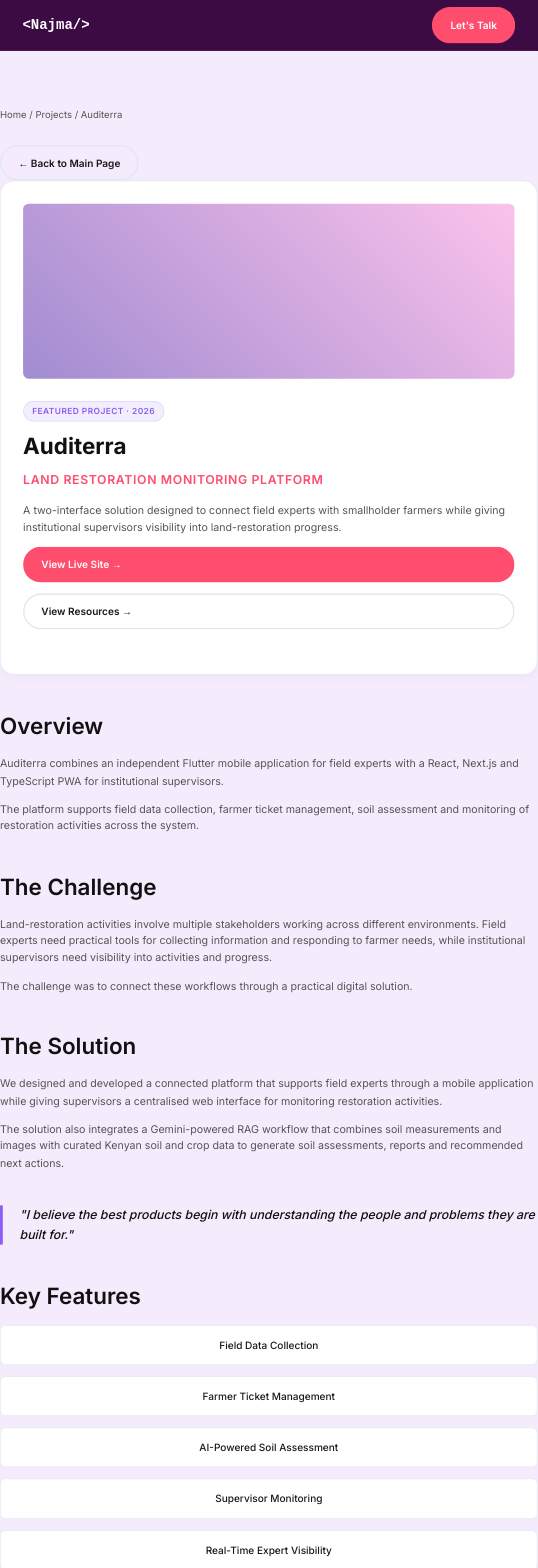
Repository: najmahares/portfolio
Page: project.html
The author's editor kept a copy of each file at every save. The page is drawn from the files as they stood at one save, then again after the next save.
The browser window is 768 px wide. The pictures show the part of the page from y = 0 to 2240 px (the page is 3435 px tall before and 3442 px after), at 70% of full size.

Above is the page before, as saved 2026-09-19 06:04:44.

### project.html
<!doctype html>
<html lang="en">
  <head>
    <meta charset="UTF-8" />
    <meta name="viewport" content="width=device-width, initial-scale=1.0" />
    <title>Auditerra | Najma Hares</title>
    <link rel="preconnect" href="https://fonts.googleapis.com" />
    <link rel="preconnect" href="https://fonts.gstatic.com" crossorigin />
    <link
      href="https://fonts.googleapis.com/css2?family=Inter:wght@300;400;500;600;700&display=swap"
      rel="stylesheet"
    />
    <link rel="stylesheet" href="css/style.css" />
  </head>
  <body>
    <!-- Navbar -->
    <nav class="navbar">
      <div class="container nav-container">
        <a href="index.html" class="logo">&lt;Najma/&gt;</a>
        <div class="nav-links">
          <a href="index.html">Home</a>
          <a href="index.html#about">About</a>
          <a href="index.html#skills">Skills</a>
          <a href="index.html#projects" class="active">Projects</a>
          <a href="index.html#contact">Contact</a>
        </div>
        <a href="mailto:haresnajma@gmail.com" class="btn btn-primary magnetic"
          >Let's Talk</a
        >
      </div>
    </nav>

    <main class="container section">
      <!-- Breadcrumbs & Back Button -->
      <div class="breadcrumbs reveal">
        <a href="index.html">Home</a> /
        <a href="index.html#projects">Projects</a> / <span>Auditerra</span>
      </div>
      <a href="index.html" class="btn btn-outline back-btn reveal"
        >← Back to Main Page</a
      >

      <!-- Project Header -->
      <div class="project-header card reveal">
        <div class="project-header-content">
          <span class="badge">FEATURED PROJECT · 2026</span>
          <h1>Auditerra</h1>
          <p class="project-subtitle">Land Restoration Monitoring Platform</p>
          <p>
            A two-interface solution designed to connect field experts with
            smallholder farmers while giving institutional supervisors
            visibility into land-restoration progress.
          </p>
          <div class="hero-buttons">
            <a href="#" class="btn btn-primary magnetic">View Live Site →</a>
            <a href="#" class="btn btn-outline magnetic">View Resources →</a>
          </div>
        </div>
        <div class="project-header-img placeholder-1 tilt-card"></div>
      </div>

      <!-- Project Body -->
      <div class="project-layout">
        <!-- Left Column: Main Content -->
        <div class="project-main">
          <section class="project-section reveal">
            <h2>Overview</h2>
            <p>
              Auditerra combines an independent Flutter mobile application for
              field experts with a React, Next.js and TypeScript PWA for
              institutional supervisors.
            </p>
            <p>
              The platform supports field data collection, farmer ticket
              management, soil assessment and monitoring of restoration
              activities across the system.
            </p>
          </section>

          <section class="project-section reveal">
            <h2>The Challenge</h2>
            <p>
              Land-restoration activities involve multiple stakeholders working
              across different environments. Field experts need practical tools
              for collecting information and responding to farmer needs, while
              institutional supervisors need visibility into activities and
              progress.
            </p>
            <p>
              The challenge was to connect these workflows through a practical
              digital solution.
            </p>
          </section>

          <section class="project-section reveal">
            <h2>The Solution</h2>
            <p>
              We designed and developed a connected platform that supports field
              experts through a mobile application while giving supervisors a
              centralised web interface for monitoring restoration activities.
            </p>
            <p>
              The solution also integrates a Gemini-powered RAG workflow that
              combines soil measurements and images with curated Kenyan soil and
              crop data to generate soil assessments, reports and recommended
              next actions.
            </p>
          </section>

          <blockquote class="quote reveal">
            "I believe the best products begin with understanding the people and
            problems they are built for."
          </blockquote>

          <section class="project-section reveal">
            <h2>Key Features</h2>
            <div class="features-grid">
              <div class="feature-item tilt-card">Field Data Collection</div>
              <div class="feature-item tilt-card">Farmer Ticket Management</div>
              <div class="feature-item tilt-card">
                AI-Powered Soil Assessment
              </div>
              <div class="feature-item tilt-card">Supervisor Monitoring</div>
              <div class="feature-item tilt-card">
                Real-Time Expert Visibility
              </div>
              <div class="feature-item tilt-card">Layered QA Testing</div>
            </div>
          </section>
        </div>

        <!-- Right Column: Sidebar -->
        <aside class="project-sidebar reveal">
          <div class="sidebar-widget tilt-card">
            <h3>Project Details</h3>
            <ul class="details-list">
              <li><span>Role</span> Software Engineer · Product · UX</li>
              <li><span>Timeline</span> CodeHive Project</li>
              <li><span>Team</span> Team Project</li>
            </ul>
          </div>

          <div class="sidebar-widget tilt-card">
            <h3>Tech Stack</h3>
            <div class="tech-stack">
              <span class="badge-sm">React</span>
              <span class="badge-sm">Next.js</span>
              <span class="badge-sm">TypeScript</span>
              <span class="badge-sm">Flutter</span>
              <span class="badge-sm">Dart</span>
              <span class="badge-sm">Python</span>
              <span class="badge-sm">FastAPI</span>
              <span class="badge-sm">PostgreSQL</span>
              <span class="badge-sm">Gemini</span>
            </div>
          </div>

          <div class="sidebar-widget tilt-card">
            <h3>Areas</h3>
            <div class="tech-stack">
              <span class="badge-sm">Web</span>
              <span class="badge-sm">Mobile</span>
              <span class="badge-sm">Backend</span>
              <span class="badge-sm">AI</span>
              <span class="badge-sm">UX Research</span>
              <span class="badge-sm">QA</span>
            </div>
          </div>
        </aside>
      </div>

      <!-- Next Project Navigation -->
      <div class="project-nav reveal">
        <a href="project.html" class="link-arrow">← Bloombox Kits</a>
        <a href="project.html" class="link-arrow">Machine Learning Project →</a>
      </div>
    </main>

    <!-- Footer -->
    <footer class="footer">
      <div class="container footer-bottom">
        <p>&copy; 2026 Najma Hares Muhumed. All rights reserved.</p>
        <p>Made with ❤️ by Najma</p>
      </div>
    </footer>

    <script src="js/main.js"></script>
  </body>
</html>

### css/style.css
/* --- CSS Variables (Light Lavender & Dark Purple Theme) --- */
:root {
  --bg-nav: #3d0b43;
  --bg-hero: #e9d6f9;
  --bg-body: #f4ebfc;
  --bg-card: #ffffff;

  --text-main: #1a1a1a;
  --text-heading: #111111;
  --text-muted: #555555;

  --accent: #ff4d6d;
  --accent-purple: #8b5cf6;
  --border: #e2e8f0;
  --border-radius: 20px;
  --font-main: "Inter", sans-serif;
}

/* --- Reset & Base --- */
* {
  margin: 0;
  padding: 0;
  box-sizing: border-box;
  cursor: none; /* Hide default cursor for custom one */
}

html {
  scroll-behavior: smooth;
}

body {
  font-family: var(--font-main);
  background-color: var(--bg-body);
  color: var(--text-main);
  line-height: 1.6;
  overflow-x: hidden;
}

a {
  text-decoration: none;
  color: inherit;
  transition: color 0.3s;
}
ul {
  list-style: none;
}

/* --- Custom Cursor --- */
.cursor-dot,
.cursor-outline {
  position: fixed;
  top: 0;
  left: 0;
  transform: translate(-50%, -50%);
  border-radius: 50%;
  z-index: 9999;
  pointer-events: none;
}
.cursor-dot {
  width: 8px;
  height: 8px;
  background-color: var(--accent);
}
.cursor-outline {
  width: 40px;
  height: 40px;
  border: 1px solid var(--accent-purple);
  transition:
    width 0.2s,
    height 0.2s,
    background-color 0.2s;
}
.cursor-outline.hovering {
  width: 60px;
  height: 60px;
  background-color: rgba(139, 92, 246, 0.1);
  border-color: var(--accent);
}

/* --- Utility Classes --- */
.container {
  max-width: 1100px;
  margin: 0 auto;
  padding: 0 2rem;
}
.section {
  padding: 5rem 0;
}
.bg-alt {
  background-color: #f0e6fa;
}
.text-accent {
  color: var(--accent);
}

/* --- Typography --- */
h1 {
  font-size: clamp(2rem, 4vw, 3rem);
  line-height: 1.2;
  font-weight: 700;
  margin-bottom: 1rem;
  color: var(--text-heading);
}
h2 {
  font-size: 2rem;
  font-weight: 600;
  margin-bottom: 1rem;
  color: var(--text-heading);
}
h3 {
  font-size: 1.25rem;
  font-weight: 600;
  margin-bottom: 0.5rem;
  color: var(--text-heading);
}
p {
  color: var(--text-muted);
  margin-bottom: 1rem;
  font-size: 0.95rem;
}

/* --- Components: Buttons & Badges --- */
.btn {
  display: inline-block;
  padding: 0.75rem 1.5rem;
  border-radius: 50px;
  font-weight: 600;
  font-size: 0.9rem;
  cursor: none;
  transition: all 0.3s ease;
  border: 2px solid transparent;
}
.btn-primary {
  background-color: var(--accent);
  color: #ffffff;
}
.btn-primary:hover {
  background-color: #e63956;
  transform: translateY(-2px);
  box-shadow: 0 4px 15px rgba(255, 77, 109, 0.4);
}
.btn-outline {
  background-color: transparent;
  border-color: var(--border);
  color: var(--text-main);
}
.btn-outline:hover {
  border-color: var(--accent-purple);
  color: var(--accent-purple);
  transform: translateY(-2px);
}

.badge {
  display: inline-block;
  padding: 0.25rem 0.75rem;
  background-color: rgba(139, 92, 246, 0.1);
  color: var(--accent-purple);
  border-radius: 50px;
  font-size: 0.75rem;
  font-weight: 600;
  margin-bottom: 1rem;
  border: 1px solid rgba(139, 92, 246, 0.2);
  text-transform: uppercase;
  letter-spacing: 0.05em;
}
.badge-sm {
  display: inline-block;
  padding: 0.2rem 0.6rem;
  background-color: var(--bg-body);
  border: 1px solid var(--border);
  border-radius: 50px;
  font-size: 0.7rem;
  font-weight: 500;
  color: var(--text-muted);
  text-transform: uppercase;
  letter-spacing: 0.02em;
}
.link-arrow {
  color: var(--accent);
  font-weight: 600;
  font-size: 0.9rem;
  display: inline-flex;
  align-items: center;
  gap: 0.25rem;
}
.link-arrow:hover {
  gap: 0.5rem;
  color: #e63956;
}

/* --- Navbar --- */
.navbar {
  position: sticky;
  top: 0;
  background-color: var(--bg-nav);
  z-index: 100;
  border-bottom: 1px solid rgba(255, 255, 255, 0.1);
}
.nav-container {
  display: flex;
  justify-content: space-between;
  align-items: center;
  height: 72px;
}
.logo {
  font-size: 1.25rem;
  font-weight: 700;
  color: #ffffff;
  font-family: monospace;
}
.nav-links {
  display: flex;
  gap: 2rem;
}
.nav-links a {
  font-size: 0.9rem;
  font-weight: 500;
  color: rgba(255, 255, 255, 0.7);
}
.nav-links a:hover,
.nav-links a.active {
  color: #ffffff;
}

/* --- Hero Section --- */
.hero {
  padding: 6rem 0 4rem;
  background-color: var(--bg-hero);
  position: relative;
  overflow: hidden;
}
.hero-grid {
  display: grid;
  grid-template-columns: 1.2fr 1fr;
  gap: 4rem;
  align-items: center;
}
.hero-desc {
  font-size: 1.1rem;
  max-width: 500px;
  margin-bottom: 2rem;
}
.hero-buttons {
  display: flex;
  gap: 1rem;
  margin-bottom: 2rem;
}
.tech-stack {
  display: flex;
  flex-wrap: wrap;
  gap: 0.5rem;
}

.hero-image-wrapper {
  display: flex;
  justify-content: center;
}
.avatar-graphic {
  width: 100%;
  max-width: 350px;
  aspect-ratio: 1;
  border-radius: 50%;
  background: radial-gradient(circle, var(--bg-card) 0%, var(--bg-hero) 70%);
  border: 2px solid rgba(255, 255, 255, 0.5);
  display: flex;
  align-items: center;
  justify-content: center;
  position: relative;
}
.avatar-inner {
  width: 80%;
  height: 80%;
  border-radius: 50%;
  background: linear-gradient(135deg, var(--accent-purple), var(--accent));
  opacity: 0.2;
}

/* Floating Stats */
.floating-stat {
  position: absolute;
  background: #ffffff;
  padding: 0.75rem 1rem;
  border-radius: 12px;
  box-shadow: 0 10px 25px rgba(0, 0, 0, 0.1);
  display: flex;
  align-items: center;
  gap: 0.75rem;
  z-index: 3;
  animation: float 4s ease-in-out infinite;
}
.float-1 {
  top: 10%;
  left: -15%;
  animation-delay: 0s;
}
.float-2 {
  bottom: 15%;
  right: -15%;
  animation-delay: 2s;
}
@keyframes float {
  0%,
  100% {
    transform: translateY(0);
  }
  50% {
    transform: translateY(-10px);
  }
}
.stat-icon {
  width: 32px;
  height: 32px;
  border-radius: 8px;
  display: flex;
  align-items: center;
  justify-content: center;
  color: #fff;
  font-weight: 700;
  font-size: 0.8rem;
}
.bg-purple {
  background-color: var(--accent-purple);
}
.bg-pink {
  background-color: var(--accent);
}
.floating-stat strong {
  display: block;
  font-size: 0.85rem;
  color: var(--text-heading);
  line-height: 1.2;
}
.floating-stat span {
  font-size: 0.7rem;
  color: var(--text-muted);
  font-weight: 500;
}

/* --- About & Stats --- */
.about-grid {
  display: grid;
  grid-template-columns: 1fr 1fr;
  gap: 4rem;
  align-items: center;
}
.stats-grid {
  display: grid;
  grid-template-columns: 1fr 1fr;
  gap: 1.5rem;
}
.card {
  background-color: var(--bg-card);
  border: 1px solid var(--border);
  border-radius: var(--border-radius);
  padding: 1.5rem;
  box-shadow: 0 4px 15px rgba(0, 0, 0, 0.03);
  transition:
    transform 0.3s ease,
    box-shadow 0.3s ease;
}
.card:hover {
  transform: translateY(-3px);
  box-shadow: 0 8px 25px rgba(0, 0, 0, 0.06);
}
.stat-card h3 {
  font-size: 2.5rem;
  color: var(--accent-purple);
  margin-bottom: 0.25rem;
  line-height: 1;
}
.stat-card p {
  font-size: 0.95rem;
  font-weight: 600;
  color: var(--text-heading);
  margin-bottom: 0.25rem;
}
.stat-sub {
  font-size: 0.8rem;
  color: var(--text-muted);
  display: block;
}

/* --- Skills --- */
.section-header {
  text-align: center;
  margin-bottom: 3rem;
}
.skills-grid {
  display: grid;
  grid-template-columns: 1fr 1fr;
  gap: 2rem;
}
.skill-info {
  display: flex;
  justify-content: space-between;
  margin-bottom: 0.5rem;
  font-size: 0.9rem;
  font-weight: 500;
  color: var(--text-heading);
}
.skill-info span:last-child {
  color: var(--text-muted);
  font-size: 0.8rem;
}
.progress-bar {
  height: 8px;
  background-color: rgba(139, 92, 246, 0.1);
  border-radius: 4px;
  overflow: hidden;
}
.progress {
  height: 100%;
  background: linear-gradient(90deg, var(--accent-purple), var(--accent));
  border-radius: 4px;
}

/* --- Projects Grid --- */
.projects-grid {
  display: grid;
  grid-template-columns: repeat(auto-fit, minmax(300px, 1fr));
  gap: 2rem;
}
.project-card {
  padding: 0;
  overflow: hidden;
  display: flex;
  flex-direction: column;
}
.project-img {
  height: 180px;
  border-bottom: 1px solid var(--border);
}
.placeholder-1 {
  background: linear-gradient(45deg, #a18cd1, #fbc2eb);
}
.placeholder-2 {
  background: linear-gradient(45deg, #ff9a9e, #fecfef);
}
.placeholder-3 {
  background: linear-gradient(45deg, #4facfe, #00f2fe);
}
.project-info {
  padding: 1.5rem;
  display: flex;
  flex-direction: column;
  flex-grow: 1;
}
.project-subtitle {
  font-size: 0.8rem;
  font-weight: 600;
  color: var(--accent);
  margin-bottom: 0.5rem;
  text-transform: uppercase;
  letter-spacing: 0.05em;
}
.project-desc {
  font-size: 0.9rem;
  margin-bottom: 1rem;
  flex-grow: 1;
}
.project-tags {
  display: flex;
  flex-wrap: wrap;
  gap: 0.5rem;
  margin: 1rem 0;
}
.project-info .link-arrow {
  margin-top: auto;
}

/* --- Footer --- */
.footer {
  background-color: var(--bg-nav);
  color: #ffffff;
  padding: 4rem 0 2rem;
}
.footer-grid {
  display: grid;
  grid-template-columns: 1fr 1fr;
  gap: 4rem;
  margin-bottom: 3rem;
}
.footer-cta h2 {
  color: #ffffff;
  font-size: 2rem;
}
.footer-cta p {
  color: rgba(255, 255, 255, 0.7);
  margin-bottom: 1.5rem;
}
.footer-info {
  display: flex;
  flex-direction: column;
  gap: 2rem;
}
.personal-card {
  background: rgba(255, 255, 255, 0.05);
  border: 1px solid rgba(255, 255, 255, 0.1);
}
.personal-card h3 {
  color: #ffffff;
}
.personal-card p {
  color: rgba(255, 255, 255, 0.7);
}
.personal-focus {
  display: flex;
  flex-wrap: wrap;
  gap: 0.5rem;
  margin-top: 1rem;
}
.personal-focus span {
  font-size: 0.75rem;
  background: rgba(139, 92, 246, 0.2);
  color: #d8b4fe;
  padding: 0.2rem 0.6rem;
  border-radius: 4px;
}
.social-links h4 {
  color: #ffffff;
  margin-bottom: 1rem;
}
.social-links a {
  display: block;
  color: rgba(255, 255, 255, 0.7);
  margin-bottom: 0.5rem;
  font-weight: 500;
}
.social-links a:hover {
  color: var(--accent);
}
.footer-bottom {
  display: flex;
  justify-content: space-between;
  padding-top: 2rem;
  border-top: 1px solid rgba(255, 255, 255, 0.1);
  font-size: 0.85rem;
  color: rgba(255, 255, 255, 0.5);
}

/* --- Project Details Page --- */
.breadcrumbs {
  font-size: 0.85rem;
  color: var(--text-muted);
  margin-bottom: 2rem;
}
.breadcrumbs a:hover {
  color: var(--accent-purple);
}
.project-header {
  display: grid;
  grid-template-columns: 1fr 1fr;
  gap: 2rem;
  padding: 2rem;
  margin-bottom: 3rem;
  align-items: center;
}
.project-header-img {
  height: 250px;
  border-radius: 8px;
}
.project-header-content .project-subtitle {
  font-size: 1.1rem;
  margin-bottom: 1rem;
}
.project-layout {
  display: grid;
  grid-template-columns: 2fr 1fr;
  gap: 4rem;
}
.project-section {
  margin-bottom: 3rem;
}
.quote {
  border-left: 4px solid var(--accent-purple);
  padding-left: 1.5rem;
  margin: 3rem 0;
  font-size: 1.1rem;
  font-style: italic;
  color: var(--text-heading);
  font-weight: 500;
}
.features-grid {
  display: grid;
  grid-template-columns: 1fr 1fr;
  gap: 1rem;
}
.feature-item {
  background-color: var(--bg-card);
  border: 1px solid var(--border);
  padding: 1rem;
  border-radius: 8px;
  font-size: 0.9rem;
  font-weight: 500;
  text-align: center;
}
.sidebar-widget {
  background-color: var(--bg-card);
  border: 1px solid var(--border);
  border-radius: var(--border-radius);
  padding: 1.5rem;
  margin-bottom: 2rem;
}
.sidebar-widget h3 {
  font-size: 0.85rem;
  text-transform: uppercase;
  letter-spacing: 0.05em;
  color: var(--text-muted);
  margin-bottom: 1rem;
}
.details-list li {
  display: flex;
  justify-content: space-between;
  padding: 0.5rem 0;
  border-bottom: 1px solid var(--border);
  font-size: 0.85rem;
}
.details-list li:last-child {
  border-bottom: none;
}
.details-list li span:first-child {
  color: var(--text-muted);
}
.project-nav {
  display: flex;
  justify-content: space-between;
  padding-top: 3rem;
  border-top: 1px solid var(--border);
  margin-top: 4rem;
}

/* --- Scroll Reveal Animations --- */
.reveal {
  opacity: 0;
  transform: translateY(30px);
  transition: all 0.8s cubic-bezier(0.5, 0, 0, 1);
}
.reveal.active {
  opacity: 1;
  transform: translateY(0);
}

/* --- Responsive Design --- */
@media (max-width: 992px) {
  .hero-grid,
  .about-grid,
  .footer-grid,
  .project-layout,
  .project-header {
    grid-template-columns: 1fr;
  }
  .hero-image-wrapper {
    order: -1;
    margin-bottom: 2rem;
  }
  .float-1 {
    left: 0;
    top: 5%;
  }
  .float-2 {
    right: 0;
    bottom: 5%;
  }
  .project-header-img {
    order: -1;
  }
  .skills-grid {
    grid-template-columns: 1fr;
  }
}
@media (max-width: 768px) {
  .cursor-dot,
  .cursor-outline {
    display: none;
  }
  * {
    cursor: auto;
  }
  .nav-links {
    display: none;
  }
  .hero-buttons {
    flex-direction: column;
  }
  .stats-grid,
  .features-grid {
    grid-template-columns: 1fr;
  }
  .project-nav {
    flex-direction: column;
    gap: 1rem;
    align-items: center;
  }
  .footer-bottom {
    flex-direction: column;
    gap: 1rem;
    text-align: center;
  }
}

### js/main.js
document.addEventListener("DOMContentLoaded", () => {
  // --- 1. Custom Cursor ---
  const cursorDot = document.querySelector(".cursor-dot");
  const cursorOutline = document.querySelector(".cursor-outline");

  if (cursorDot && cursorOutline) {
    window.addEventListener("mousemove", (e) => {
      const posX = e.clientX;
      const posY = e.clientY;

      cursorDot.style.left = `${posX}px`;
      cursorDot.style.top = `${posY}px`;

      // Outline follows with a slight delay
      cursorOutline.animate(
        {
          left: `${posX}px`,
          top: `${posY}px`,
        },
        { duration: 500, fill: "forwards" },
      );
    });

    // Hover effect on interactive elements
    const clickables = document.querySelectorAll("a, button, .btn, .tilt-card");
    clickables.forEach((el) => {
      el.addEventListener("mouseenter", () =>
        cursorOutline.classList.add("hovering"),
      );
      el.addEventListener("mouseleave", () =>
        cursorOutline.classList.remove("hovering"),
      );
    });
  }

  // --- 2. Scroll Reveal Animations ---
  const revealElements = document.querySelectorAll(".reveal");
  const revealObserver = new IntersectionObserver(
    (entries, observer) => {
      entries.forEach((entry) => {
        if (entry.isIntersecting) {
          entry.target.classList.add("active");
          observer.unobserve(entry.target);
        }
      });
    },
    { threshold: 0.1, rootMargin: "0px 0px -50px 0px" },
  );

  revealElements.forEach((el) => revealObserver.observe(el));

  // --- 3. 3D Tilt Effect ---
  const tiltCards = document.querySelectorAll(".tilt-card");
  tiltCards.forEach((card) => {
    card.addEventListener("mousemove", (e) => {
      const rect = card.getBoundingClientRect();
      const x = e.clientX - rect.left;
      const y = e.clientY - rect.top;

      const centerX = rect.width / 2;
      const centerY = rect.height / 2;

      const rotateX = ((y - centerY) / centerY) * -8;
      const rotateY = ((x - centerX) / centerX) * 8;

      card.style.transform = `perspective(1000px) rotateX(${rotateX}deg) rotateY(${rotateY}deg) scale(1.02)`;
    });

    card.addEventListener("mouseleave", () => {
      card.style.transform = `perspective(1000px) rotateX(0) rotateY(0) scale(1)`;
    });
  });

  // --- 4. Magnetic Buttons ---
  const magneticButtons = document.querySelectorAll(".magnetic");
  magneticButtons.forEach((btn) => {
    btn.addEventListener("mousemove", (e) => {
      const rect = btn.getBoundingClientRect();
      const x = e.clientX - rect.left;
      const y = e.clientY - rect.top;

      const centerX = rect.width / 2;
      const centerY = rect.height / 2;

      const moveX = (x - centerX) * 0.2;
      const moveY = (y - centerY) * 0.2;

      btn.style.transform = `translate(${moveX}px, ${moveY}px)`;
    });

    btn.addEventListener("mouseleave", () => {
      btn.style.transform = `translate(0, 0)`;
    });
  });

  // --- 5. Smooth Scrolling for Anchor Links ---
  document.querySelectorAll('a[href^="#"]').forEach((anchor) => {
    anchor.addEventListener("click", function (e) {
      e.preventDefault();
      const target = document.querySelector(this.getAttribute("href"));
      if (target) {
        target.scrollIntoView({ behavior: "smooth", block: "start" });
      }
    });
  });
});

After the next save:
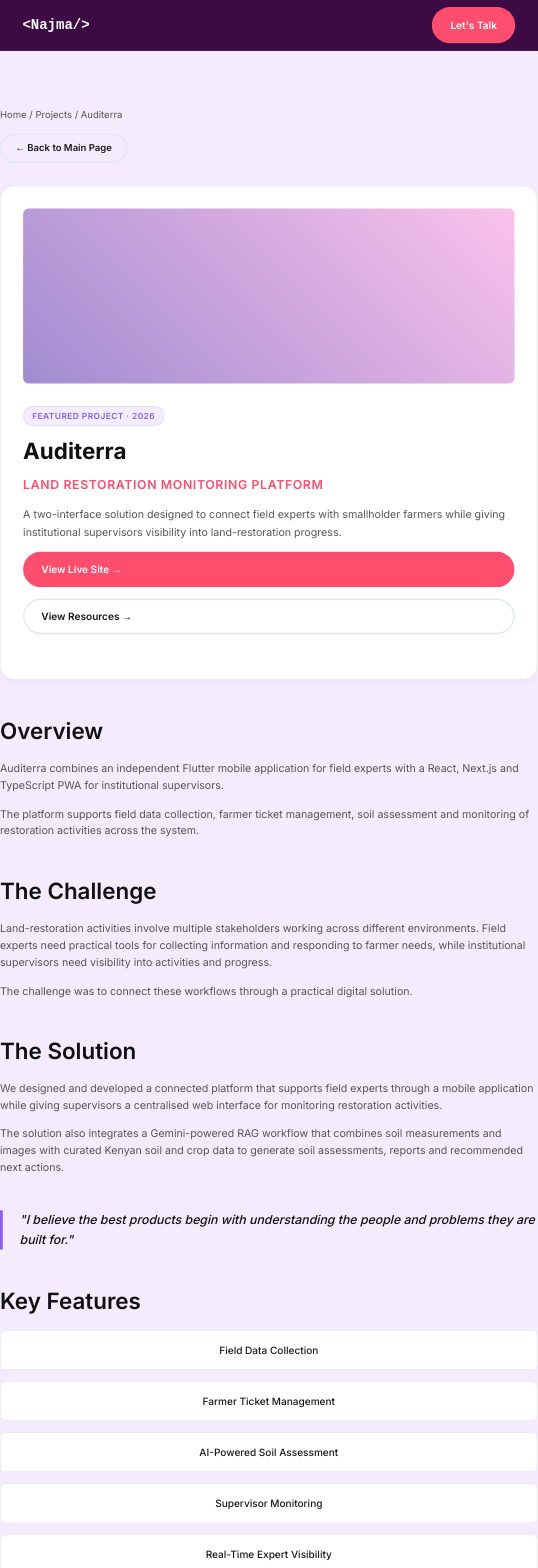
Saved 12 s later.
--- a/css/style.css
+++ b/css/style.css
@@ -21,7 +21,7 @@
   margin: 0;
   padding: 0;
   box-sizing: border-box;
-  cursor: none; /* Hide default cursor for custom one */
+  /* Removed custom cursor */
 }
 
 html {
@@ -43,38 +43,6 @@ a {
 }
 ul {
   list-style: none;
-}
-
-/* --- Custom Cursor --- */
-.cursor-dot,
-.cursor-outline {
-  position: fixed;
-  top: 0;
-  left: 0;
-  transform: translate(-50%, -50%);
-  border-radius: 50%;
-  z-index: 9999;
-  pointer-events: none;
-}
-.cursor-dot {
-  width: 8px;
-  height: 8px;
-  background-color: var(--accent);
-}
-.cursor-outline {
-  width: 40px;
-  height: 40px;
-  border: 1px solid var(--accent-purple);
-  transition:
-    width 0.2s,
-    height 0.2s,
-    background-color 0.2s;
-}
-.cursor-outline.hovering {
-  width: 60px;
-  height: 60px;
-  background-color: rgba(139, 92, 246, 0.1);
-  border-color: var(--accent);
 }
 
 /* --- Utility Classes --- */
@@ -126,7 +94,7 @@ p {
   border-radius: 50px;
   font-weight: 600;
   font-size: 0.9rem;
-  cursor: none;
+  cursor: pointer;
   transition: all 0.3s ease;
   border: 2px solid transparent;
 }
@@ -425,6 +393,7 @@ p {
   overflow: hidden;
   display: flex;
   flex-direction: column;
+  cursor: pointer; /* Indicate it's clickable */
 }
 .project-img {
   height: 180px;
@@ -464,9 +433,6 @@ p {
   gap: 0.5rem;
   margin: 1rem 0;
 }
-.project-info .link-arrow {
-  margin-top: auto;
-}
 
 /* --- Footer --- */
 .footer {
@@ -542,11 +508,22 @@ p {
 .breadcrumbs {
   font-size: 0.85rem;
   color: var(--text-muted);
-  margin-bottom: 2rem;
+  margin-bottom: 1rem;
 }
 .breadcrumbs a:hover {
   color: var(--accent-purple);
 }
+
+/* Back Button Styling */
+.back-btn {
+  margin-bottom: 2rem;
+  display: inline-flex;
+  align-items: center;
+  gap: 0.5rem;
+  font-size: 0.85rem;
+  padding: 0.5rem 1.25rem;
+}
+
 .project-header {
   display: grid;
   grid-template-columns: 1fr 1fr;
@@ -669,13 +646,6 @@ p {
   }
 }
 @media (max-width: 768px) {
-  .cursor-dot,
-  .cursor-outline {
-    display: none;
-  }
-  * {
-    cursor: auto;
-  }
   .nav-links {
     display: none;
   }
